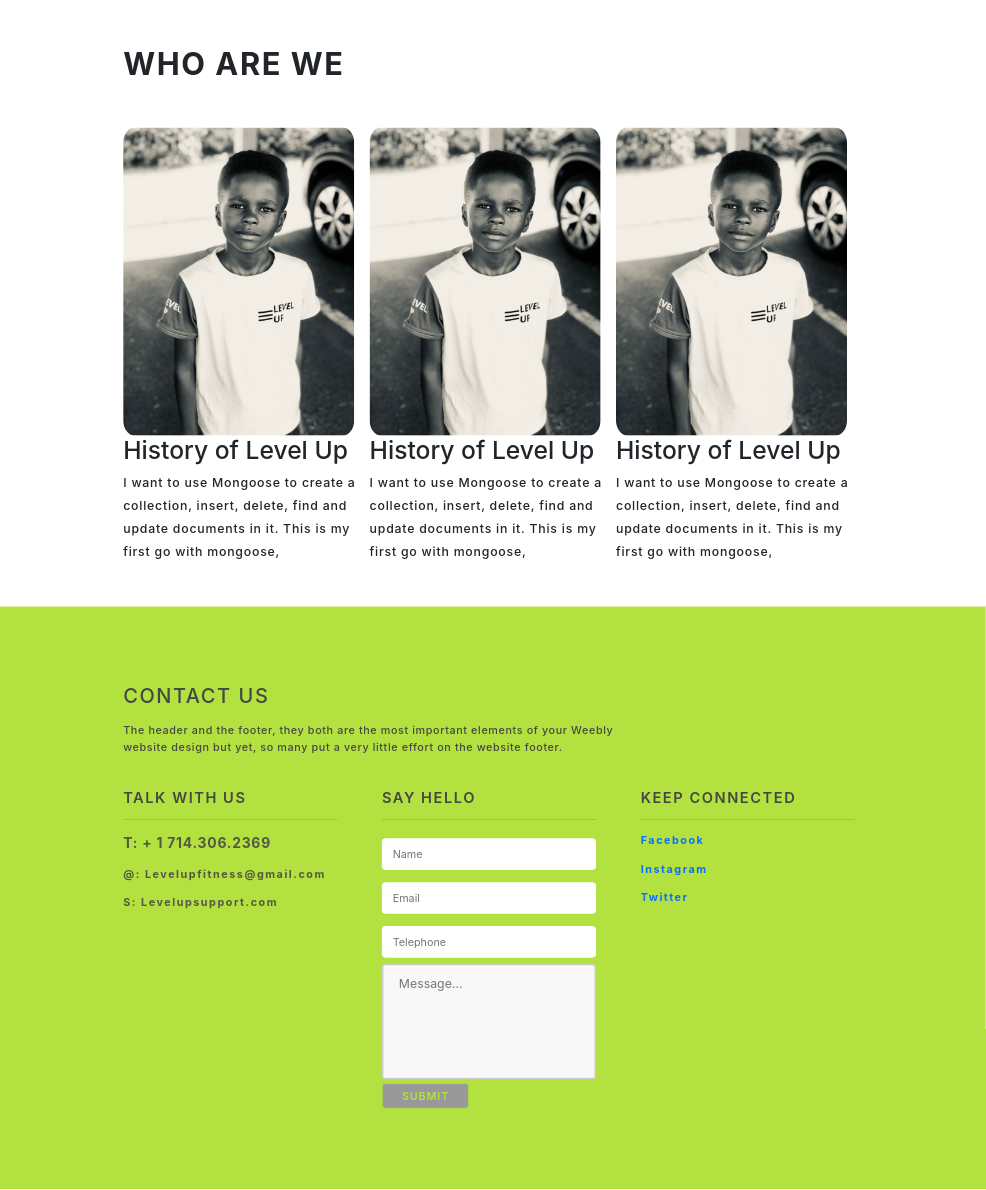
Repository: Bojurie/Level-up
Page: /about (app in client/)
The author's editor kept a copy of each file at every save. The page is drawn from the files as they stood at one save, then again after the next save.
The browser window is 1280 px wide. The pictures show the part of the page from y = 314 to 1859 px (the page is 1859 px tall before and 1596 px after), at 77% of full size.
Some web fonts or font styles are not loaded; a fallback is used. Some web libraries are served in a nearby version. The project was rebuilt for these pictures with package versions that can differ from the ones it lists, and the page was loaded fresh each time. Also part of the build but not shown: client/src/components/Carousel.js, client/src/components/HomeVlog.css, client/src/components/HomeVlog.js, client/src/components/homeProducts.css, client/src/components/HomeProducts.js, client/src/components/Card.js, client/src/components/HomeShop.css, client/src/components/HomeShop.js and 10 more. Imported but missing from the stored project, and not drawn on this page: client/src/components/Chart.

Above is the page before, as saved 2022-11-30 06:57:56.

After the next save:
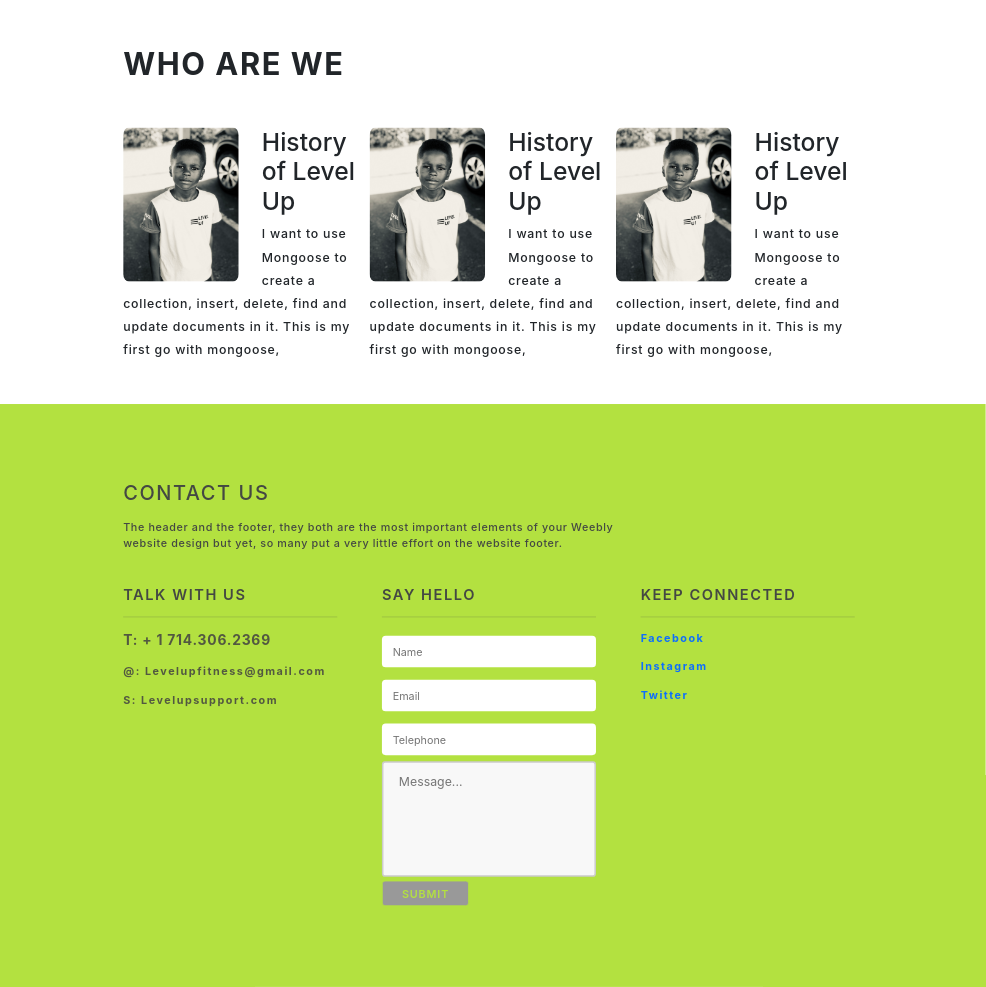
Saved 20 s later.
--- a/client/src/pages/About.css
+++ b/client/src/pages/About.css
@@ -16,7 +16,7 @@
 }
 
 .aboutParagraph img {
- width: 300px;
+ width: 150px;
   border-radius: 5%;
   float: left;
   margin: 0 30px 0 0;
